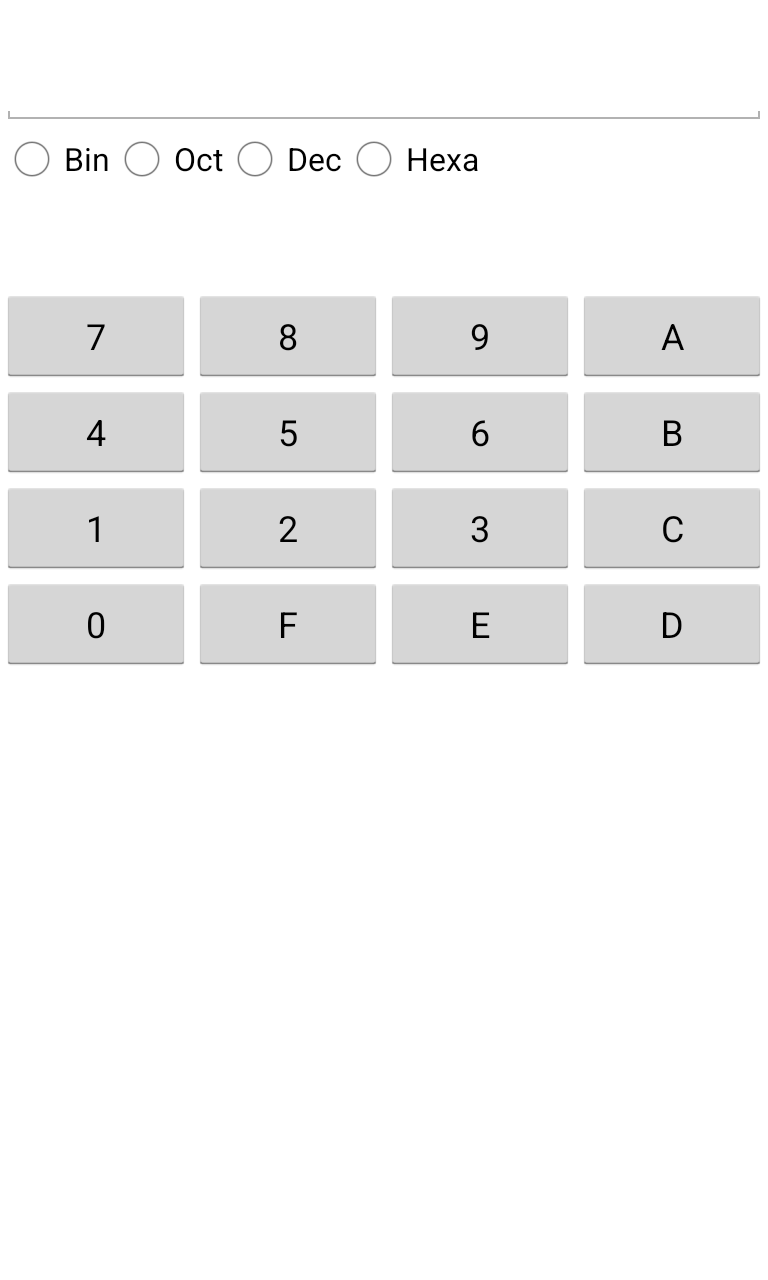
Repository: RamDion/BSIT_Calculator
Layout: CcsCalcu/res/layout/activity_calculator.xml
These files come from the project's save history. The layout is drawn as it stood at one moment and after the next save; the edit follows.
It is drawn on a 768 x 1280 px phone screen (xhdpi) without system bars, with theme AppTheme; the app's code is not run.

Above is the layout before, as saved 2014-09-04 05:34:02.

### CcsCalcu/res/layout/activity_calculator.xml
    <TableLayout
        xmlns:android="http://schemas.android.com/apk/res/android"
    	xmlns:tools="http://schemas.android.com/tools"
        android:layout_width="fill_parent"
        android:layout_height="fill_parent"
        android:layout_alignParentLeft="true"
        android:layout_alignParentTop="true"
        android:layout_alignParentRight="true"
        android:layout_alignParentBottom="true"
    tools:context="com.example.android_calc.MainActivity">

        <TableRow
            android:id="@+id/tableRow1"
            android:layout_width="fill_parent"
            android:layout_height="wrap_content"
             >

            <EditText
                android:id="@+id/calc_screen"
                android:layout_weight="1"
                android:layout_width="0dip"
                android:layout_height="wrap_content"
                android:textSize="36sp"
                android:inputType="none" >

            </EditText>

        </TableRow>

        <TableRow
            android:id="@+id/tableRow10"
            android:layout_width="fill_parent"
            android:layout_height="wrap_content"
             >
<RadioButton
             android:id="@+id/radioButton1"
             android:layout_width="wrap_content"
             android:layout_height="wrap_content"
             android:text="@string/binary" />

<RadioButton
             android:id="@+id/radioButton2"
             android:layout_width="wrap_content"
             android:layout_height="wrap_content"
             android:text="@string/octal" />
<RadioButton
             android:id="@+id/radioButton3"
             android:layout_width="wrap_content"
             android:layout_height="wrap_content"
             android:text="@string/decimal" />
<RadioButton
             android:id="@+id/radioButton4"
             android:layout_width="wrap_content"
             android:layout_height="wrap_content"
             android:text="@string/hexa" />

        </TableRow>

        <TableRow>
             <TextView
                android:id="@+id/result"
                android:layout_weight="1"
                android:layout_width="0dip"
                android:layout_height="wrap_content"
                android:textSize="36sp"
                android:inputType="none" >

            </TextView>
        </TableRow>



        <TableRow
            android:id="@+id/tableRow2"
            android:layout_width="fill_parent"
            android:layout_height="wrap_content" >

            <Button
                android:id="@+id/seven"
                android:layout_width="0dip"
                android:layout_weight="0.25"
                android:layout_height="wrap_content"
                android:text="@string/seven" />

            <Button
                android:id="@+id/eight"
                android:layout_width="0dip"
                android:layout_weight="0.25"
                android:layout_height="wrap_content"
                android:text="@string/eight" />

            <Button
                android:id="@+id/nine"
                android:layout_width="0dip"
                android:layout_weight="0.25"
                android:layout_height="wrap_content"
                android:text="@string/nine" />

            <Button
                android:id="@+id/a"
                android:layout_width="0dip"
                android:layout_weight="0.25"
                android:layout_height="wrap_content"
                android:text="@string/a" />

        </TableRow>

        <TableRow
            android:id="@+id/tableRow3"
            android:layout_width="fill_parent"
            android:layout_height="wrap_content" >
             <Button
                android:id="@+id/four"
                android:layout_width="0dip"
                android:layout_weight="0.25"
                android:layout_height="wrap_content"
                android:text="@string/four" />

            <Button
                android:id="@+id/five"
                android:layout_width="0dip"
                android:layout_weight="0.25"
                android:layout_height="wrap_content"
                android:text="@string/five" />

            <Button
                android:id="@+id/six"
                android:layout_width="0dip"
                android:layout_weight="0.25"
                android:layout_height="wrap_content"
                android:text="@string/six" />

            <Button
                android:id="@+id/b"
                android:layout_width="0dip"
                android:layout_weight="0.25"
                android:layout_height="wrap_content"
                android:text="@string/b" />


        </TableRow>

        <TableRow
            android:id="@+id/tableRow4"
            android:layout_width="fill_parent"
            android:layout_height="wrap_content" >

            <Button
                android:id="@+id/one"
                android:layout_width="0dip"
                android:layout_weight="0.25"
                android:layout_height="wrap_content"
                android:text="@string/one" />

            <Button
                android:id="@+id/two"
                android:layout_width="0dip"
                android:layout_weight="0.25"
                android:layout_height="wrap_content"
                android:text="@string/two" />

            <Button
                android:id="@+id/three"
                android:layout_width="0dip"
                android:layout_weight="0.25"
                android:layout_height="wrap_content"
                android:text="@string/three" />

            <Button
                android:id="@+id/c"
                android:layout_width="0dip"
                android:layout_weight="0.25"
                android:layout_height="wrap_content"
                android:text="@string/c" />
        </TableRow>

         <TableRow
            android:id="@+id/tableRow5"
            android:layout_width="fill_parent"
            android:layout_height="wrap_content" >

            <Button
                android:id="@+id/zero"
                android:layout_width="0dip"
                android:layout_weight="0.25"
                android:layout_height="wrap_content"
                android:text="@string/zero" />

            <Button
                android:id="@+id/f"
                android:layout_width="0dip"
                android:layout_weight="0.25"
                android:layout_height="wrap_content"
                android:text="@string/f" />

            <Button
                android:id="@+id/e"
                android:layout_width="0dip"
                android:layout_weight="0.25"
                android:layout_height="wrap_content"
                android:text="@string/e" />

            <Button
                android:id="@+id/d"
                android:layout_width="0dip"
                android:layout_weight="0.25"
                android:layout_height="wrap_content"
                android:text="@string/d" />
        </TableRow>



    </TableLayout>

### CcsCalcu/res/values/strings.xml
<?xml version="1.0" encoding="utf-8"?>
<resources>

    <string name="app_name">CcsCalcu</string>
    <string name="action_settings">Settings</string>
    <string name="hello_world">BSIT</string>
    <string name="calcu">Calculator</string>
    <string name="title_activity_calculator">Calculator</string>
    <string name="clr">CLEAR</string>
    <string name="zero">0</string>
    <string name="one">1</string>
    <string name="two">2</string>
    <string name="three">3</string>
    <string name="four">4</string>
    <string name="five">5</string>
    <string name="six">6</string>
    <string name="seven">7</string>
    <string name="eight">8</string>
    <string name="nine">9</string>
    <string name="a">A</string>
    <string name="b">B</string>
    <string name="c">C</string>
    <string name="d">D</string>
    <string name="e">E</string>
    <string name="f">F</string>
    <string name="binary">Bin</string>
    <string name="octal">Oct</string>
    <string name="decimal">Dec</string>
    <string name="hexa">Hexa</string>

</resources>

Loaded but not shown: CcsCalcu/res/values/styles.xml (common file); CcsCalcu/res/values-v11/styles.xml (common file); CcsCalcu/res/values-v14/styles.xml (common file)

After the next save:
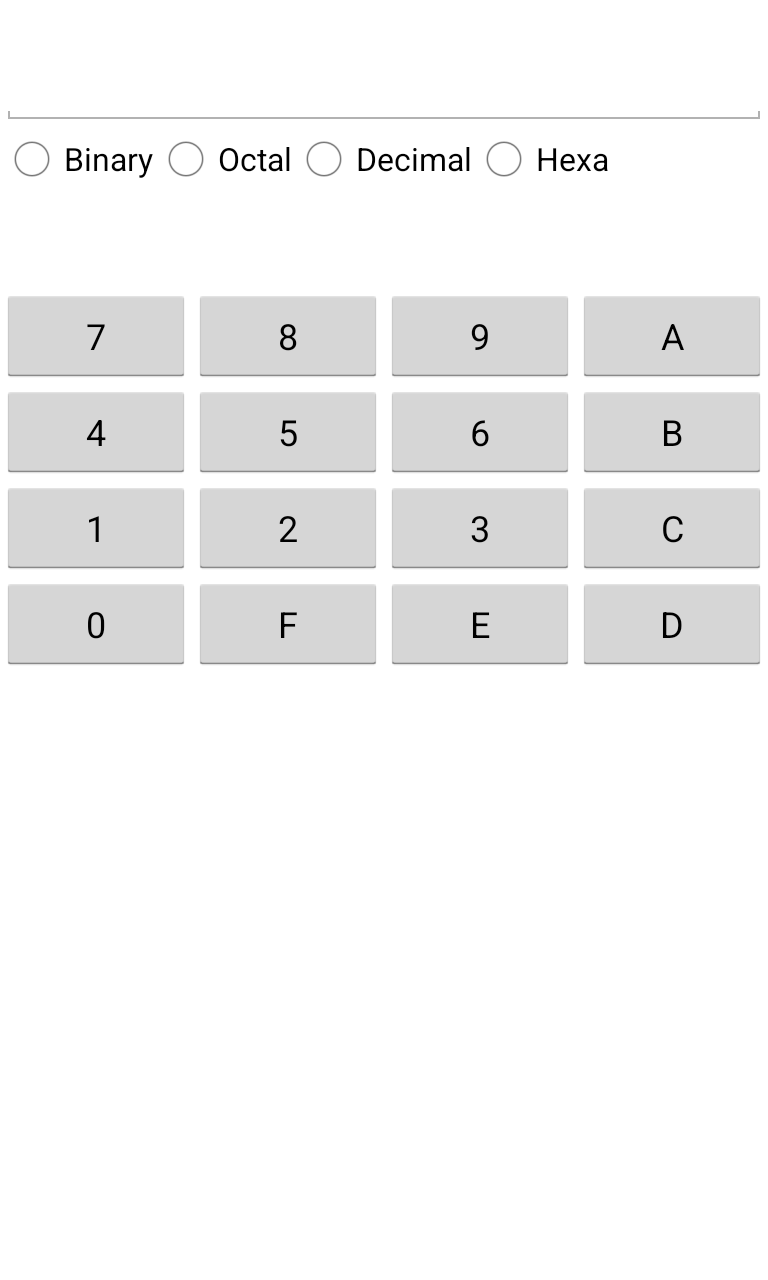
Saved 64 s later.
--- a/CcsCalcu/res/values/strings.xml
+++ b/CcsCalcu/res/values/strings.xml
@@ -6,7 +6,7 @@
     <string name="hello_world">BSIT</string>
     <string name="calcu">Calculator</string>
     <string name="title_activity_calculator">Calculator</string>
-    <string name="clr">CLEAR</string>
+    <string name="clear">c</string>
     <string name="zero">0</string>
     <string name="one">1</string>
     <string name="two">2</string>
@@ -23,9 +23,17 @@
     <string name="d">D</string>
     <string name="e">E</string>
     <string name="f">F</string>
-    <string name="binary">Bin</string>
-    <string name="octal">Oct</string>
-    <string name="decimal">Dec</string>
+    <string name="binary">Binary</string>
+    <string name="octal">Octal</string>
+    <string name="decimal">Decimal</string>
     <string name="hexa">Hexa</string>
+    <string name="go">Go</string>
+    <string name="div">/</string>
+    <string name="multi">*</string>
+    <string name="minus">-</string>
+    <string name="plus">+</string>
+    <string name="point">.</string>
+    <string name="equals">=</string>
+    <string name="title_activity_calculators">Calculators</string>
 
 </resources>
